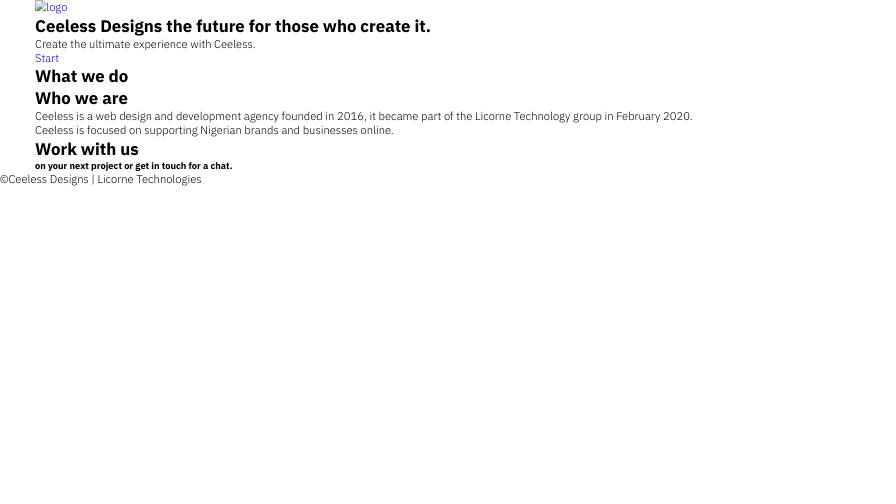
Repository: Licorne-Technologies/Ceeless-v2
Page: index.html
The author's editor kept a copy of each file at every save. The page is drawn from the files as they stood at one save, then again after the next save.
The browser window is 1280 px wide. The pictures show the part of the page from y = 0 to 1920 px (the page is 720 px tall before and 2920 px after), at 70% of full size.
The style sheet was rebuilt from its Sass, Less or Tailwind sources for each picture, by a compiler version that may differ from the author's.

Above is the page before, as saved 2020-06-15 11:35:37.

After the next save:
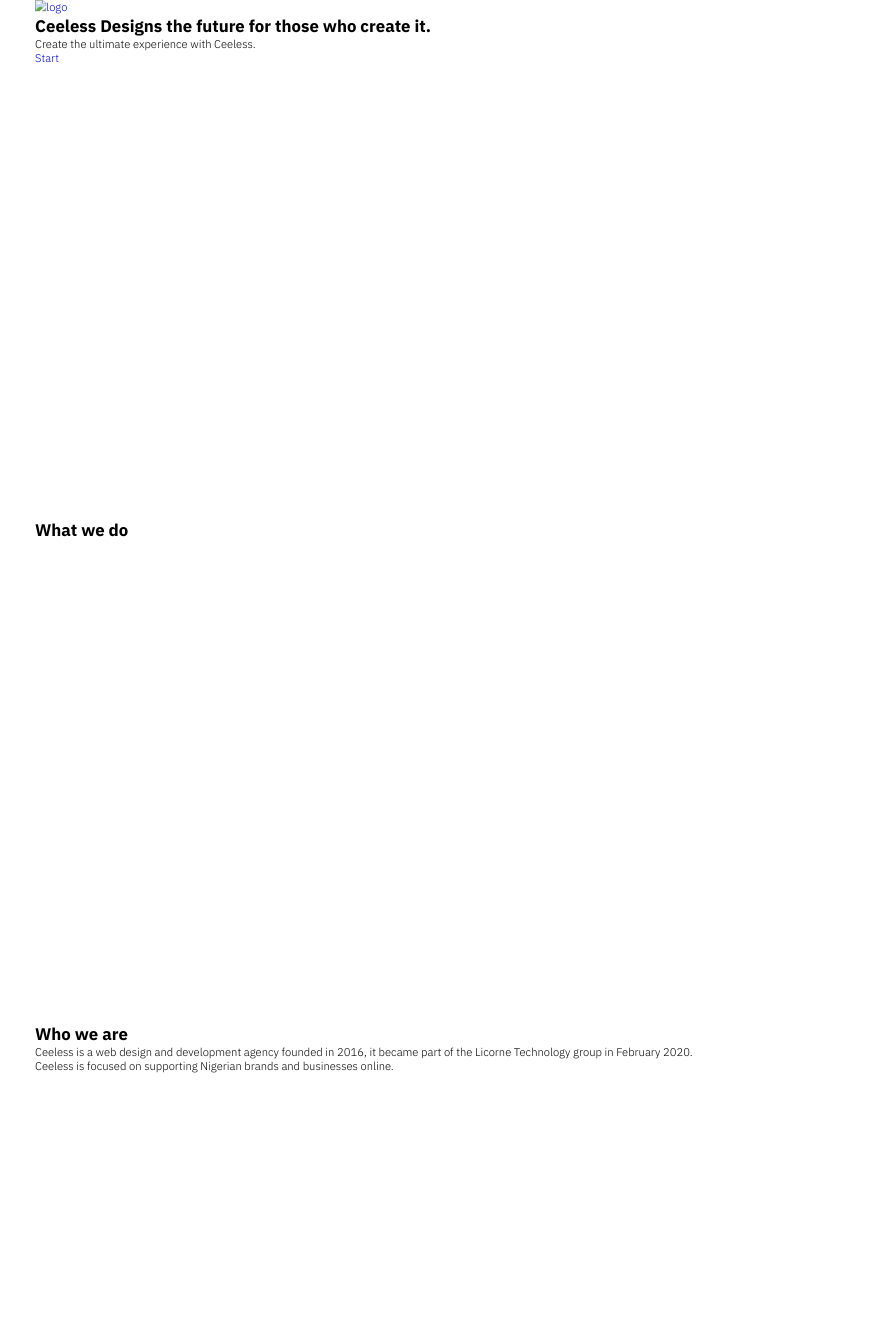
Saved 48 s later.
--- a/css/stylesheet.scss
+++ b/css/stylesheet.scss
@@ -14,7 +14,9 @@
     list-style: none;
     font-family: $font;
 }
-
+section {
+    height: 100vh;
+}
 @media screen and (min-width: 760px){
     .wrapper {
         margin: 0 50px;
